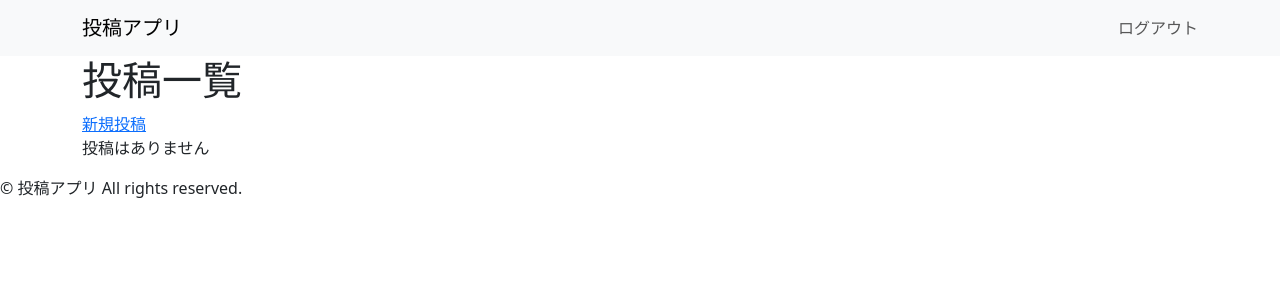
Repository: Yu62ballena/laravel_posting_app
Page: http://localhost/posts
An editor plug-in stored every save of this project. The page is shown before and after a run of saves, followed by the edit.
The browser window is 1280 px wide. The pictures show the whole page.
The page is served by the project's Laravel application, run on PHP 8.4 with Laravel 10. A made-up administrator, Test User (test@example.com), is signed in. Other server files are loaded and not shown. Queries for data that is not in the repository find no rows.

Above is the page before, as saved 2024-05-21 13:52:23.

### routes/web.php
<?php

use App\Http\Controllers\ProfileController;
use Illuminate\Support\Facades\Route;
use App\Http\Controllers\PostController;

/*
|--------------------------------------------------------------------------
| Web Routes
|--------------------------------------------------------------------------
|
| Here is where you can register web routes for your application. These
| routes are loaded by the RouteServiceProvider and all of them will
| be assigned to the "web" middleware group. Make something great!
|
*/
Route::get('/', [PostController::class, 'index'])->middleware(['auth', 'verified'])->name('posts.index');

// Route::get('/dashboard', function () {
//     return view('dashboard');
// })->middleware(['auth', 'verified'])->name('dashboard');

// Route::middleware('auth')->group(function () {
//     Route::get('/profile', [ProfileController::class, 'edit'])->name('profile.edit');
//     Route::patch('/profile', [ProfileController::class, 'update'])->name('profile.update');
//     Route::delete('/profile', [ProfileController::class, 'destroy'])->name('profile.destroy');
// });

require __DIR__.'/auth.php';

// Route::get('/posts', [PostController::class, 'index'])->middleware(['auth', 'verified'])->name('posts.index');
// Route::get('/posts/create', [PostController::class, 'create'])->middleware(['auth', 'verified'])->name('posts.create');
// Route::post('/posts', [PostController::class, 'store'])->middleware(['auth', 'verified'])->name('posts.store');
// Route::get('/posts/{post}', [PostController::class, 'show'])->middleware(['auth', 'verified'])->name('posts.show');
// Route::get('/posts/{post}/edit', [PostController::class, 'edit'])->middleware(['auth', 'verified'])->name('posts.edit');
// Route::patch('/posts/{post}', [PostController::class, 'update'])->middleware(['auth', 'verified'])->name('posts.update');
// Route::delete('/posts/{post}', [PostController::class, 'destroy'])->middleware(['auth', 'verified'])->name('posts.destroy');

Route::resource('posts', PostController::class)->middleware(['auth', 'verified']);

### app/Models/User.php
<?php

namespace App\Models;

// use Illuminate\Contracts\Auth\MustVerifyEmail;
use Illuminate\Database\Eloquent\Factories\HasFactory;
use Illuminate\Foundation\Auth\User as Authenticatable;
use Illuminate\Notifications\Notifiable;
use Laravel\Sanctum\HasApiTokens;
use Illuminate\Contracts\Auth\MustVerifyEmail;

class User extends Authenticatable implements MustVerifyEmail
{
    use HasApiTokens, HasFactory, Notifiable;

    /**
     * The attributes that are mass assignable.
     *
     * @var array<int, string>
     */
    protected $fillable = [
        'name',
        'email',
        'password',
    ];

    /**
     * The attributes that should be hidden for serialization.
     *
     * @var array<int, string>
     */
    protected $hidden = [
        'password',
        'remember_token',
    ];

    /**
     * The attributes that should be cast.
     *
     * @var array<string, string>
     */
    protected $casts = [
        'email_verified_at' => 'datetime',
        'password' => 'hashed',
    ];

    public function posts() {
        return $this->hasMany(Post::class);
    }
}

### app/Http/Controllers/PostController.php
<?php

namespace App\Http\Controllers;

use Illuminate\Http\Request;
use App\Models\Post;
use Illuminate\Support\Facades\Auth;
use App\Http\Requests\PostRequest;

class PostController extends Controller
{
    public function index() {
        $posts = Auth::user()->posts()->orderBy('created_at', 'desc')->get();

        return view('posts.index', compact('posts'));
    }

    public function show(Post $post) {
        return view('posts.show', compact('post'));
    }

    public function create() {
        return view('posts.create');
    }

    public function store(PostRequest $request) {
        $post = new Post();
        $post->title = $request->input('title');
        $post->content = $request->input('content');
        $post->user_id = Auth::id();
        $post->save();

        return redirect()->route('posts.index')->with('flash_message', '投稿が完了しました。');
    }

    public function edit(Post $post) {
        if($post->user_id !== Auth::id()) {
            return redirect()->route('posts.index')->with('error_message', '不正なアクセスです。');
        }

        return view('posts.edit', compact('post'));
    }

    public function update(PostRequest $request, Post $post) {
        if($post->user_id !== Auth::id()) {
            return redirect()->route('posts.index')->with('error_message', '不正なアクセスです。');
        }

        $post->title = $request->input('title');
        $post->content = $request->input('content');
        $post->save();

        return redirect()->route('posts.show', $post)->with('flash_message', '投稿を編集しました。');
    }

    public function destroy(Post $post) {
        if($post->user_id !== Auth::id()) {
            return redirect()->route('posts.index')->with('error_message', '不正なアクセスです。');
        }

        $post->delete();

        return redirect()->route('posts.index')->with('flash_message', '投稿を削除しました。');
    }
}

### app/Models/Post.php
<?php

namespace App\Models;

use Illuminate\Database\Eloquent\Factories\HasFactory;
use Illuminate\Database\Eloquent\Model;

class Post extends Model
{
    use HasFactory;

    public function user() {
        return $this->belongsTo(User::class);
    }
}

### resources/views/posts/index.blade.php
<!DOCTYPE html>
<html lang="ja">
<head>
    <meta charset="UTF-8">
    <meta name="viewport" content="width=device-width, initial-scale=1.0">
    <meta http-equiv="X-UA-Compatible" content="ie=edge">
    <title>投稿一覧</title>

      {{-- Bootstrap --}}
      <link href="https://cdn.jsdelivr.net/npm/bootstrap@5.3.0/dist/css/bootstrap.min.css" rel="stylesheet" integrity="sha384-9ndCyUaIbzAi2FUVXJi0CjmCapSmO7SnpJef0486qhLnuZ2cdeRhO02iuK6FUUVM" crossorigin="anonymous">
</head>
<body>
    <header>
        <nav class="navbar navbar-light bg-light">
<div class="container">
                <a href="{{ route('posts.index') }}" class="navbar-brand">投稿アプリ</a>

                <ul class="navbar-nav">
                    <li class="nav-item">
                        <a href="{{ route('logout') }}" class="nav-link" onclick="event.preventDefault(); document.getElementById('logout-form').submit();">ログアウト</a>
                        <form id="logout-form" action="{{ route('logout') }}" method="POST">
                            @csrf
                        </form>
                    </li>
                </ul>
</div>
        </nav>
    </header>

        <main>
            <div class="container">
                <h1 class=""fs>投稿一覧</h1>

                @if(session('flash_message'))
                    <p>{{ session('flash_message') }}</p>
                @endif

                @if(session('error_message'))
                    <p>{{ session('error_message') }}</p>
                @endif

                <a href="{{ route('posts.create') }}">新規投稿</a>

                @if($posts->isNotEmpty())
                    @foreach ($posts as $post)
                        <article>
                            <h2>{{ $post->title }}</h2>
                            <p>{{ $post->content }}</p>
                            <a href="{{ route('posts.show', $post) }}">詳細</a>
                            <a href="{{ route('posts.edit', $post) }}">編集</a>
                            <form action="{{ route('posts.destroy', $post) }}" method="POST" onsubmit="return confirm('本当に削除してもよろしいですか？');">
                                @csrf
                                @method('DELETE')
                                <button type="submit">削除</button>
                            </form>
                        </article>
                    @endforeach
                @else
                    <p>投稿はありません</p>
                @endif
            </div>
        </main>

        <footer>
            <p>&copy; 投稿アプリ All rights reserved.</p>
        </footer>

         {{-- Bootstrap --}}
     <script src="https://cdn.jsdelivr.net/npm/bootstrap@5.3.0/dist/js/bootstrap.bundle.min.js" integrity="sha384-geWF76RCwLtnZ8qwWowPQNguL3RmwHVBC9FhGdlKrxdiJJigb/j/68SIy3Te4Bkz" crossorigin="anonymous"></script>

</body>
</html>

Loaded but not shown: routes/auth.php (common file); app/Http/Controllers/Auth/EmailVerificationPromptController.php (common file); app/Http/Controllers/Controller.php (common file); app/Http/Controllers/Auth/VerifyEmailController.php (common file)

After the next 2 saves:
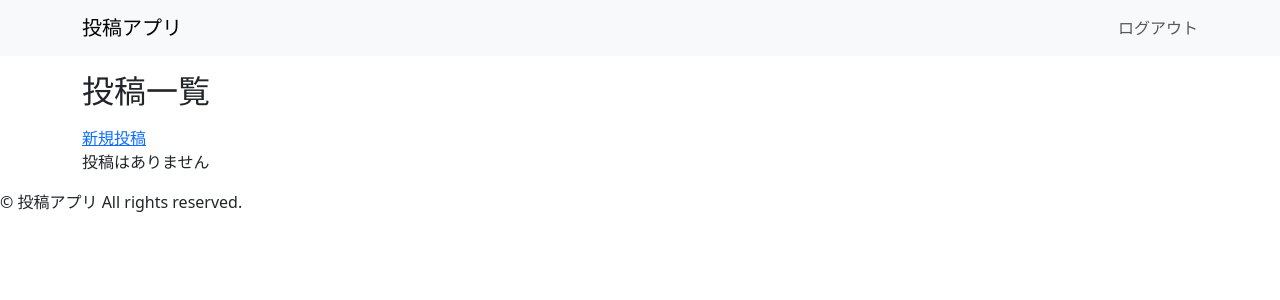
The 2 saves are shown as one change because they came seconds apart.
The last was saved 7 s later.
--- a/resources/views/posts/index.blade.php
+++ b/resources/views/posts/index.blade.php
@@ -29,7 +29,7 @@
 
         <main>
             <div class="container">
-                <h1 class=""fs>投稿一覧</h1>
+                <h1 class="fs-2 my-3">投稿一覧</h1>
 
                 @if(session('flash_message'))
                     <p>{{ session('flash_message') }}</p>
